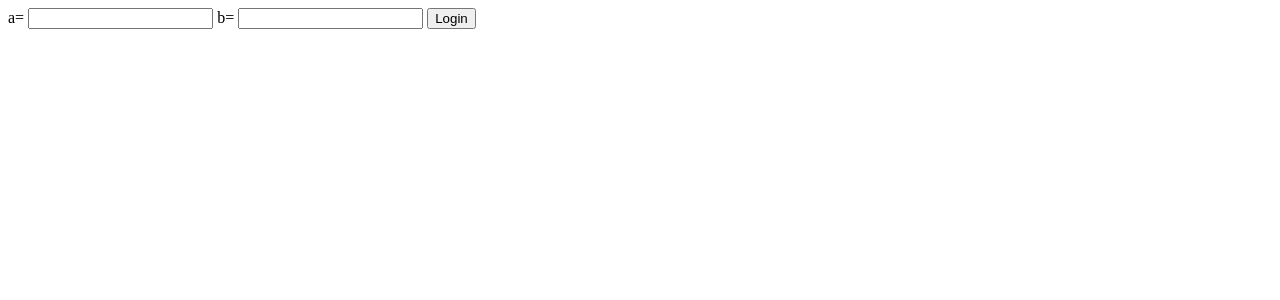
Repository: ThongThien/64132265_Web2
Page: Login/src/main/webapp/login.html
The author's editor kept a copy of each file at every save. The page is drawn from the files as they stood at one save, then again after the next save.
The browser window is 1280 px wide. The pictures show the whole page.

Above is the page before, as saved 2025-02-18 10:29:41.

After the next save:
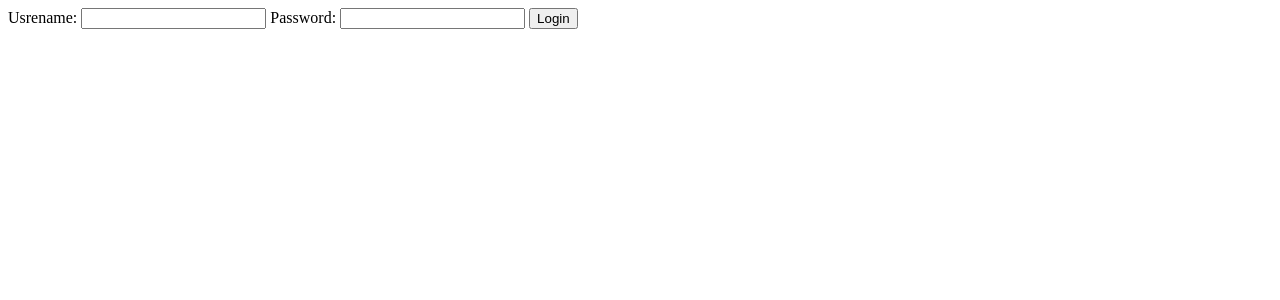
Saved 20 s later.
--- a/Login/src/main/webapp/login.html
+++ b/Login/src/main/webapp/login.html
@@ -6,8 +6,8 @@
 </head>
 <body>
 	<form action="login.jsp" method="post">
-	a= <input type = "text" name = "username">
-	b= <input type = "text" name = "password">
+	Usrename: <input type = "text" name = "username">
+	Password: <input type = "text" name = "password">
 	<input type="submit" value="Login">
 	</form>
 </body>
